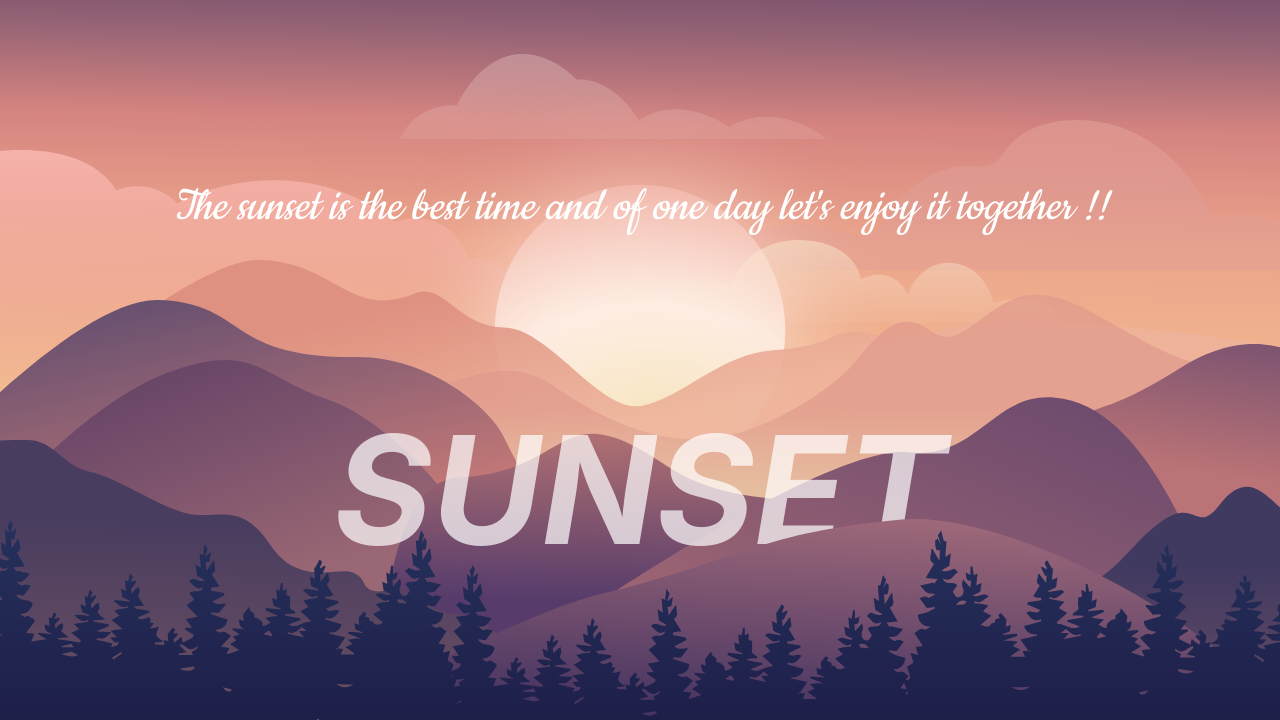
Repository: nambui98/parallax
Page: /
The author's editor kept a copy of each file at every save. The page is drawn from the files as they stood at one save, then again after the next save.
The browser window is 1280 px wide. The pictures show the whole page.
The project was rebuilt for these pictures with package versions that can differ from the ones it lists, and the page was loaded fresh each time. Also part of the build but not shown: vite.config.ts.

Above is the page before, as saved 2022-03-24 13:22:35.

After the next save:
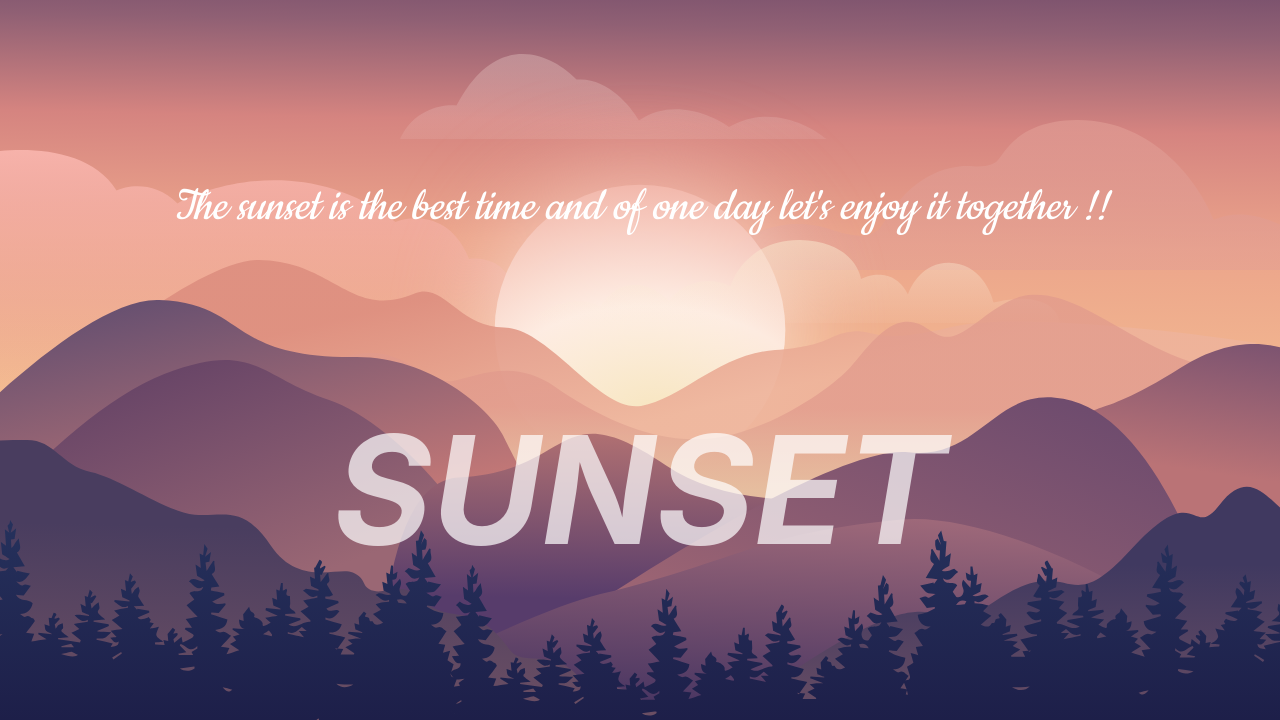
Saved 13 s later.
--- a/src/App.scss
+++ b/src/App.scss
@@ -91,7 +91,7 @@
     }
     &.bg_10{
       bottom: -10rem;
-      z-index: 1;
+      z-index: 0;
     }
     &.bg_11{
       bottom: 0;

After the 2 saves that followed:
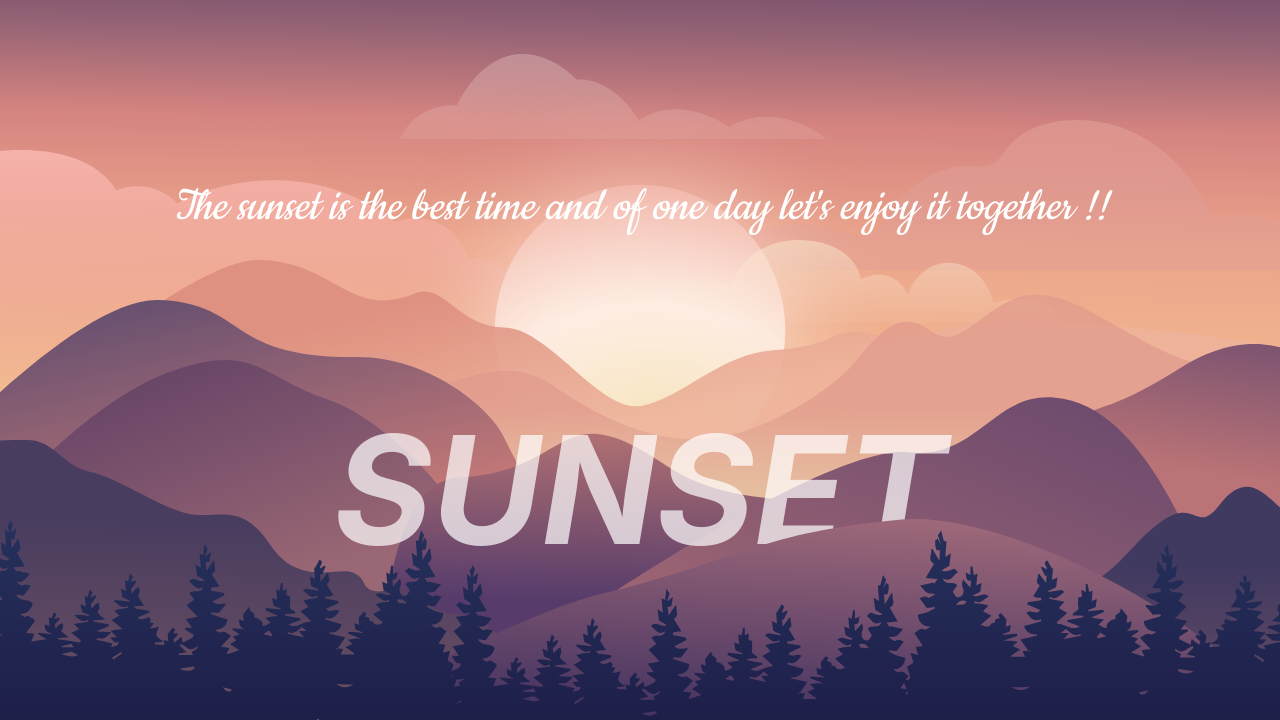
The 2 saves are shown as one change because they came seconds apart.
The last was saved 14 s later.
--- a/src/App.scss
+++ b/src/App.scss
@@ -91,12 +91,12 @@
     }
     &.bg_10{
       bottom: -10rem;
-      z-index: 0;
+      z-index: 1;
     }
     &.bg_11{
       bottom: 0;
       width: 100%;
-      z-index: 1;
+      z-index: 2;
     }
   }
 }
